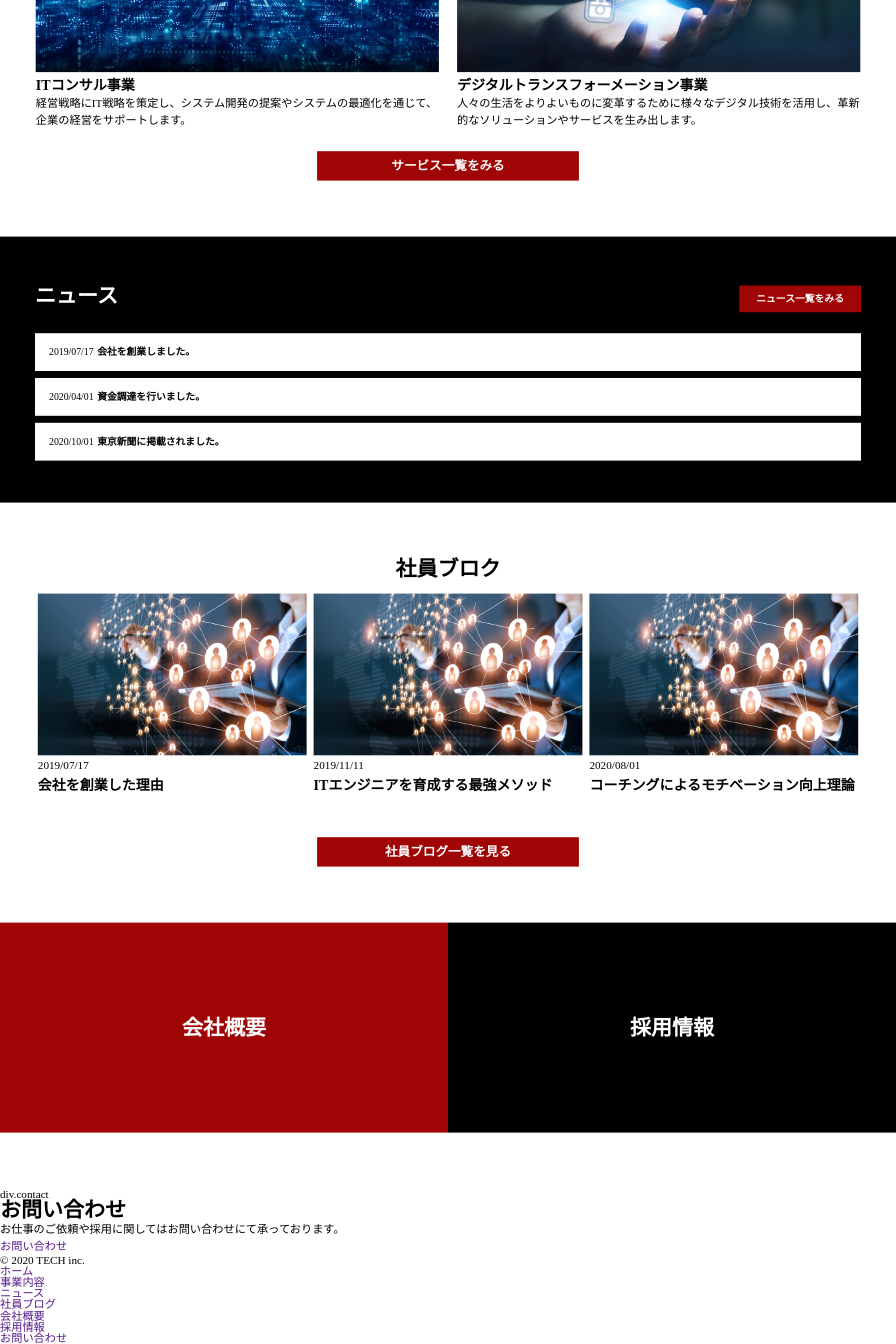
Repository: masanarimiura/20220516_miura
Page: index.html
An editor plug-in stored every save of this project. The page is shown before and after the next save, followed by the edit.
The browser window is 1280 px wide. The pictures show the part of the page from y = 1840 to 3760 px (the page is 3760 px tall before and 3744 px after), at 70% of full size.

Above is the page before, as saved 2022-05-13 21:01:16.

### index.html
<!DOCTYPE html>
<html lang="ja">

<head>
  <meta charset="UTF-8">
  <meta http-equiv="X-UA-Compatible" content="IE=edge">
  <meta name="viewport" content="width=device-width, initial-scale=1.0">
  <title>Document</title>
  <link rel="stylesheet" href="css/reset.css">
  <link rel="stylesheet" href="css/index.css">
</head>

<body>

  <header class="header">
    <h2 class="header__ttl">TECH</h2>
    <nav class="header__nav">
      <ul>
        <li><a href="" class="header__nav__item1">ホーム</a></li>
        <li><a href="" class="header__nav__item2">事業内容</a></li>
        <li><a href="" class="header__nav__item3">ニュース</a></li>
        <li><a href="" class="header__nav__item4">社員ブログ</a></li>
        <li><a href="" class="header__nav__item5">会社概要</a></li>
        <li><a href="" class="header__nav__item6">採用情報</a></li>
        <li><a href="" class="header__nav__item7">お問い合わせ</a></li>
      </ul>
    </nav>
  </header>

  <div class="eyecatch">
    <div class="eyecatch__content">
      <h1 class="eyecatch__content__ttl">最新のテクノロジーで社会課題を解決</h1>
      <p class="eyecatch__content__txt">solving social issues with the latest tdchnology</p>
    </div>
  </div>

  <div class="message">
    <div class="message__inner">
      <h2 class="message__ttl">株式会社TECHの想い</h2>
      <p class="message__txt">
        あらゆる産業において、新たなデジタル技術を使ってこれまでにないビジネスモデルを展開する新規参入者が養生し、ゲームチェンジが起ころうとしています。こうした中で、各企業は、競争力維持・強化のために。DXを迅速に進めていくことが求められています。しかし、DXにおいて投資コストは非常にかかります。株式会社TECHでは独自のオペレーションと人材教育により、他社よりも価格を抑えた開発を行います。
      </p>
    </div>
  </div>

  <div class="service">
    <h2 class="service__ttl">サービス</h2>
    <div class="service__inner">
      <div class="service__box">
        <img src="img/service1.png" alt="" class="service__box__img">
        <h3 class="service__box__ttl">IT人材育成事業</h3>
        <p class="service__box__txt">これまでに培った教育手法を生かして、短期間で即戦力のIT人材を育成します。</p>
      </div>
      <div class="service__box">
        <img src="img/service2.png" alt="" class="service__box__img">
        <h3 class="service__box__ttl">コーチング事業</h3>
        <p class="service__box__txt">目標達成を最短で実現するために、プロのコーチによるマンツーマンのサポートを実施します。</p>
      </div>
      <div class="service__box">
        <img src="img/service3.png" alt="" class="service__box__img">
        <h3 class="service__box__ttl">ITコンサル事業</h3>
        <p class="service__box__txt">経営戦略にIT戦略を策定し、システム開発の提案やシステムの最適化を通じて、企業の経営をサポートします。</p>
      </div>
      <div class="service__box">
        <img src="img/service4.png" alt="" class="service__box__img">
        <h3 class="service__box__ttl">デジタルトランスフォーメーション事業</h3>
        <p class="service__box__txt">人々の生活をよりよいものに変革するために様々なデジタル技術を活用し、革新的なソリューションやサービスを生み出します。</p>
      </div>
      <a href="" class="button">サービス一覧をみる</a>
    </div>
  </div>

  <div class="news">
    <div class="news__inner">
      <div class="news__ttl">
        <h2 class="news__ttl-txt">ニュース</h2>
        <a href="" class="service__link button">ニュース一覧をみる</a>
      </div>
      <div class="news__content">
        <ul class="news__content-inner">
          <li class="news__content-topic">
            <a herf="">2019/07/17<span>会社を創業しました。</span></a>
          </li>
          <li class="news__content-topic">
            <a herf="">2020/04/01<span>資金調達を行いました。</span></a>
          </li>
          <li class="news__content-topic">
            <a herf="">2020/10/01<span>東京新聞に掲載されました。</span></a>
          </li>
        </ul>
      </div>
    </div>
  </div>
  <div class="blog">
    <h2 class="blog__ttl">社員ブロク</h2>
    <div class="blog__inner">
      <div class="blog__box">
        <a href=""><img src="img/blog.png" alt="" class="blog__img"></a>
        <p class="blog__date">2019/07/17</p>
        <p class="blog__txt">会社を創業した理由</p>
      </div>
      <div class="blog__box">
        <a href=""><img src="img/blog.png" alt="" class="blog__img"></a>
        <p class="blog__date">2019/11/11</p>
        <p class="blog__txt">ITエンジニアを育成する最強メソッド</p>
      </div>
      <div class="blog__box">
        <a href=""><img src="img/blog.png" alt="" class="blog__img"></a>
        <p class="blog__date">2020/08/01</p>
        <p class="blog__txt">コーチングによるモチベーション向上理論</p>
      </div>
    </div>
    <a href="" class="button blog__link">社員ブログ一覧を見る</a>
  </div>

  <div class="info">
    <div class="info__company"><a href="">会社概要</a></div>
    <div class="info__recruit"><a href="">採用情報</a></div>
  </div>

  <div class="contact">
    div.contact
    <h2 class="contact__ttl">お問い合わせ</h2>
    <p class="contact__txt">お仕事のご依頼や採用に関してはお問い合わせにて承っております。</p>
    <p class="contact__link"><a href="">お問い合わせ</a></p>
  </div>

  <footer class="footer">
    <div class="footer__copy">&copy; 2020 TECH inc.</div>
    <ul class="footer__nav">
      <li><a href="" class="footer__nav__item1">ホーム</a></li>
      <li><a href="" class="footer__nav__item2">事業内容</a></li>
      <li><a href="" class="footer__nav__item3">ニュース</a></li>
      <li><a href="" class="footer__nav__item4">社員ブログ</a></li>
      <li><a href="" class="footer__nav__item5">会社概要</a></li>
      <li><a href="" class="footer__nav__item6">採用情報</a></li>
      <li><a href="" class="footer__nav__item7">お問い合わせ</a></li>
    </ul>
  </footer>


  <script src="js/main.js"></script>
</body>

</html>

### css/reset.css
/*
html5doctor.com Reset Stylesheet
v1.6.1
Last Updated: 2010-09-17
Author: Richard Clark - http://richclarkdesign.com
Twitter: @rich_clark
*/
html,
body,
div,
span,
object,
iframe,
h1,
h2,
h3,
h4,
h5,
h6,
p,
blockquote,
pre,
abbr,
address,
cite,
code,
del,
dfn,
em,
img,
ins,
kbd,
q,
samp,
small,
strong,
sub,
sup,
var,
b,
i,
dl,
dt,
dd,
ol,
ul,
li,
fieldset,
form,
label,
legend,
table,
caption,
tbody,
tfoot,
thead,
tr,
th,
td,
article,
aside,
canvas,
details,
figcaption,
figure,
footer,
header,
hgroup,
menu,
nav,
section,
summary,
time,
mark,
audio,
video {
  margin: 0;
  padding: 0;
  border: 0;
  outline: 0;
  font-size: 100%;
  vertical-align: baseline;
  background: transparent;
}

body {
  line-height: 1;
}

article,
aside,
details,
figcaption,
figure,
footer,
header,
hgroup,
menu,
nav,
section {
  display: block;
}

nav ul {
  list-style: none;
}

blockquote,
q {
  quotes: none;
}

blockquote:before,
blockquote:after,
q:before,
q:after {
  content: "";
  content: none;
}

a {
  margin: 0;
  padding: 0;
  font-size: 100%;
  vertical-align: baseline;
  background: transparent;
}

/* change colours to suit your needs */
ins {
  background-color: #ff9;
  color: #000;
  text-decoration: none;
}

/* change colours to suit your needs */
mark {
  background-color: #ff9;
  color: #000;
  font-style: italic;
  font-weight: bold;
}

del {
  text-decoration: line-through;
}

abbr[title],
dfn[title] {
  border-bottom: 1px dotted;
  cursor: help;
}

table {
  border-collapse: collapse;
  border-spacing: 0;
}

/* change border colour to suit your needs */
hr {
  display: block;
  height: 1px;
  border: 0;
  border-top: 1px solid #cccccc;
  margin: 1em 0;
  padding: 0;
}

input,
select {
  vertical-align: middle;
}

### css/index.css
h2 {
  font-size: 30px;
  font-weight: bold;
}
h3 {
  font-size: 20px;
  font-weight: bold;
  line-height: 1.5;
}
a {
  text-decoration: none;
}
p {
  line-height: 1.5;
}
.button {
  display: block;
  text-align: center;
  color: #fff;
  font-size: 18px;
  font-weight: bold;
  background-color: rgb(160, 5, 5);
  width: 350px;
  padding: 12px;
}

.header {
  display: flex;
  justify-content: space-between;
  text-align: center;
  padding: 20px 30px;
  position: sticky;
  top: 0;
  background-color: #fff;
  z-index: 1;
}
.header__nav ul {
  display: flex;
  justify-content: space-between;
}
.header__nav ul li {
  padding: 0 15px;
  font-size: 16px;
  font-weight: bold;
}
.header__nav ul li a {
  color: #000;
}

.eyecatch {
  display: flex;
  justify-content: center;
  align-items: center;
  text-align: center;
  background: url(../img/mv.png) center/ cover;
  height: 80vh;
}
.eyecatch__content {
  color: #fff;
}
.eyecatch__content__ttl {
  font-size: 50px;
  padding: 20px;
  line-height: 1.5;
}
.eyecatch__content__txt {
  font-weight: bold;
  font-size: 20px;
  padding: 20px;
}

.message {
  background: #000;
  display: flex;
  justify-content: center;
  align-items: center;
}
.message__inner {
  padding: 80px 80px;
}
.message__ttl {
  color: #fff;
}
.message__txt {
  color: #fff;
  line-height: 2;
  text-align: justify;
  padding: 20px 0 0;
}

.service {
  margin-top: 100px;
}
.service__ttl {
  text-align: center;
  margin-bottom: 30px;
}
.service__inner {
  display: flex;
  align-items: center;
  flex-wrap: wrap;
  justify-content: center;
}
.service__box {
  width: 45%;
  height: auto;
  padding: 1%;
  margin-bottom: 20px;
}
.service__box img {
  width: 100%;
  height: auto;
}
.service__button {
  margin-top: 50px;
}
.news {
  background: #000;
  margin-top: 80px;
}
.news__inner {
  padding: 50px 50px;
}
.news__ttl {
  display: flex;
  justify-content: space-between;
  padding: 20px 0;
}
.news__ttl-txt {
  color: #fff;
}
.service__link {
  width: 150px;
  font-size: 14px;
}
.news__content-topic a {
  background-color: #fff;
  margin: 10px 0;
  padding: 20px;
  font-size: 14px;
  display: block;
}
.news__content-topic span {
  font-weight: bold;
  display: inline-block;
  padding: 0 5px;
}

.blog {
  margin-top: 80px;
}
.blog__ttl {
  text-align: center;
}
.blog__inner {
  display: flex;
  justify-content: center;
}
.blog__box {
  width: 30%;
  margin: 20px 5px;
}
.blog__box img {
  width: 100%;
}
.blog__txt {
  font-weight: bold;
  font-size: 20px;
}
.blog__link {
  margin: 40px auto 0;
}

.info {
  margin-top: 80px;
  display: flex;
}
.info__company {
  width: 50%;
  height: 300px;
  background: rgb(160, 5, 5);
  display: flex;
  justify-content: center;
  align-items: center;
}
.info__recruit {
  width: 50%;
  height: 300px;
  background: #000;
  display: flex;
  justify-content: center;
  align-items: center;
}
.info a {
  color: #fff;
  font-size: 30px;
  font-weight: bold;
}

.contact {
  margin-top: 80px;
}

Loaded but not shown: js/main.js (no copy from this time; the picture is the same without it)

After the next save:
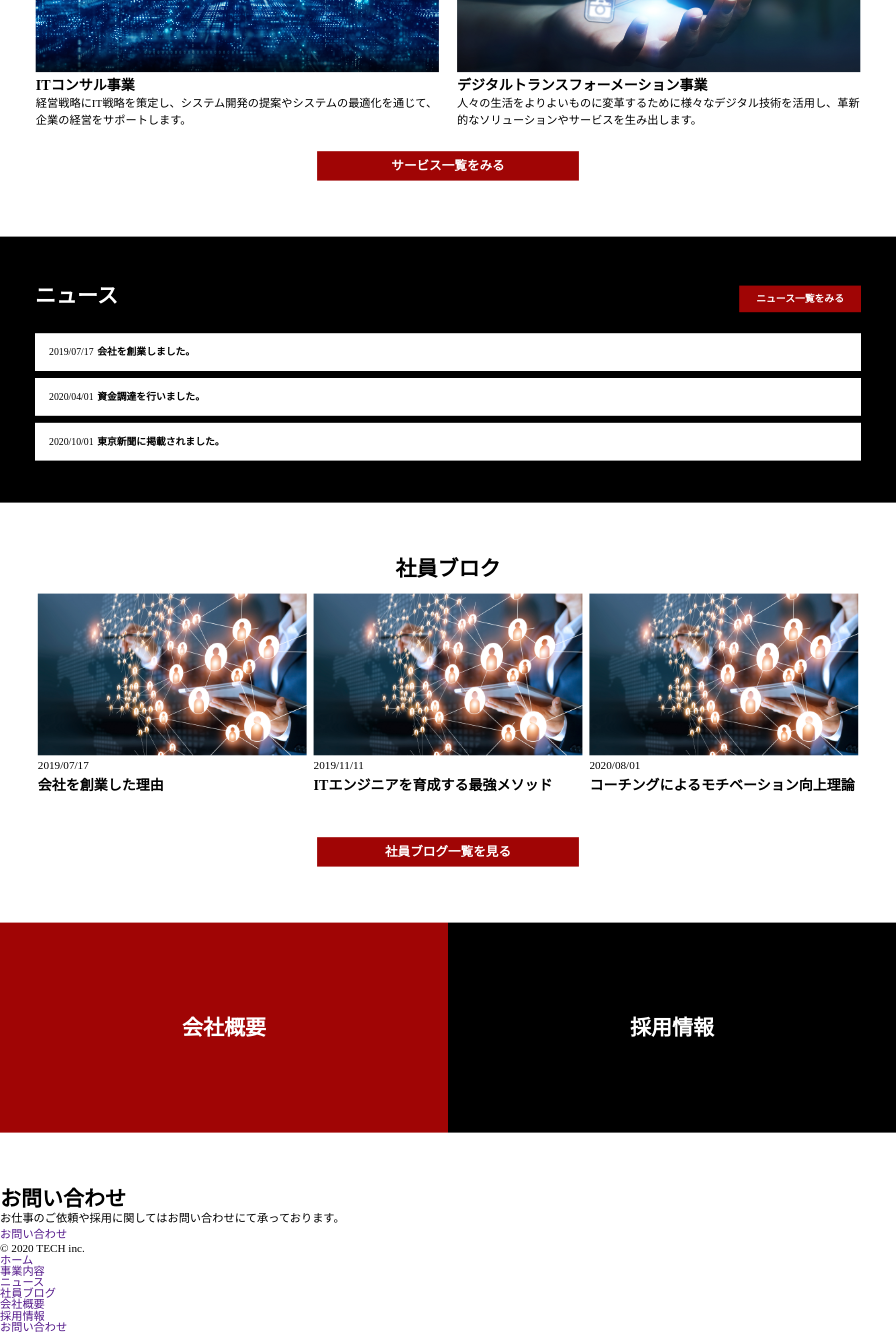
Saved 5 s later.
--- a/index.html
+++ b/index.html
@@ -119,7 +119,7 @@
   </div>
 
   <div class="contact">
-    div.contact
+    <div class="contact__inner"></div>
     <h2 class="contact__ttl">お問い合わせ</h2>
     <p class="contact__txt">お仕事のご依頼や採用に関してはお問い合わせにて承っております。</p>
     <p class="contact__link"><a href="">お問い合わせ</a></p>
